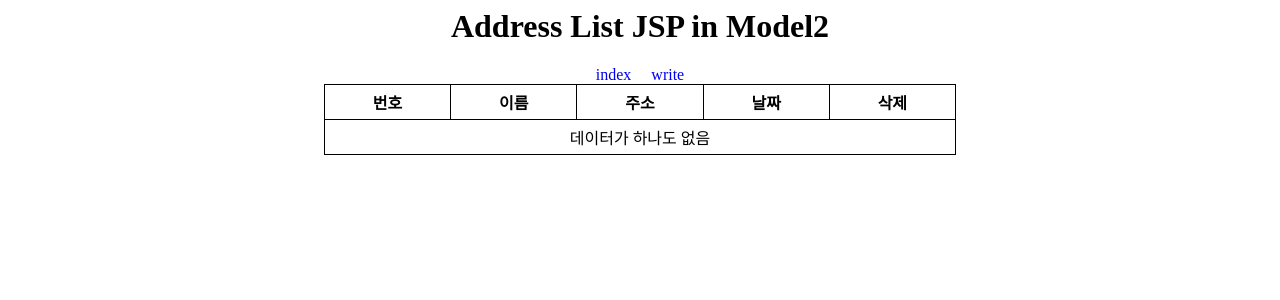
Repository: betweenhj702/Web-App-Server-Practices
Page: http://localhost/MvcPj/addr/addr.do
The author's editor kept a copy of each file at every save. The page is drawn from the files as they stood at one save, then again after the next save.
The browser window is 1280 px wide. The pictures show the whole page.
The page is served by Tomcat 9. Queries for data that is not in the repository find no rows.

Above is the page before, as saved 2020-12-31 04:06:50.

After the next save:
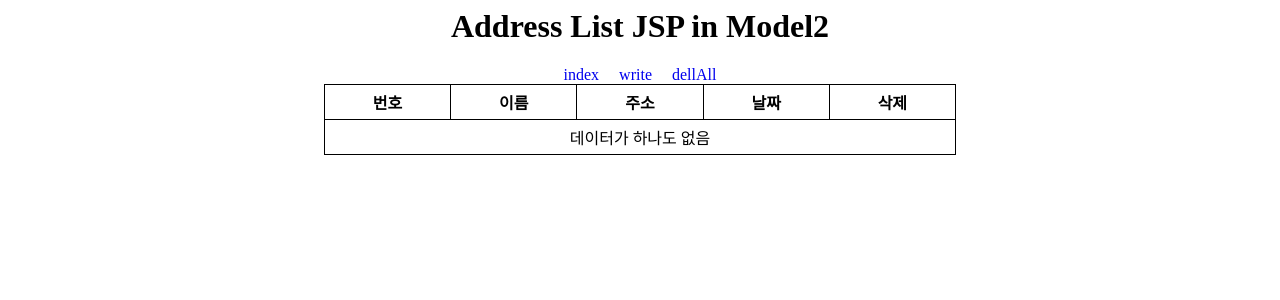
Saved 35 s later.
--- a/workspace/MvcPj/WebContent/addr/list.jsp
+++ b/workspace/MvcPj/WebContent/addr/list.jsp
@@ -20,6 +20,8 @@ Address List JSP in Model2
 <a href='../'>index</a>
 &nbsp;&nbsp;&nbsp;
 <a href='addr.do?m=input'>write</a>
+&nbsp;&nbsp;&nbsp;
+<a href='addr.do?m=del_all'>dellAll</a>
 <table border='1' cellpadding='7' cellspacing='2' width='50%'>
 <tr>
 <th>번호</th>
